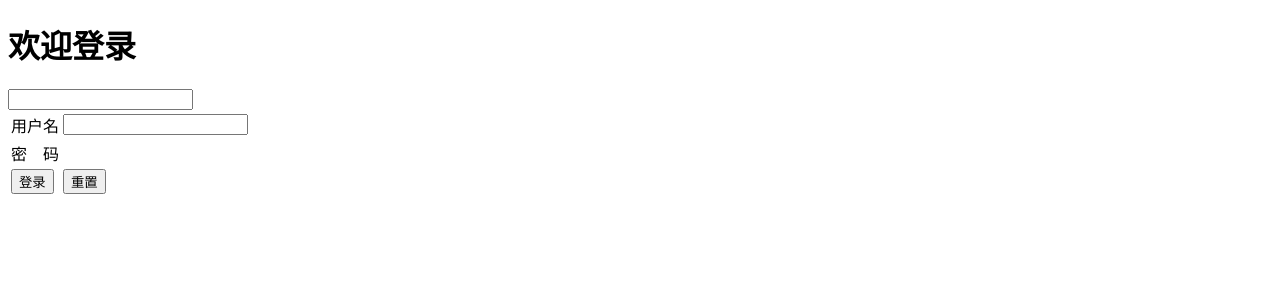
Repository: Elewei/learn-java
Page: http://localhost/shopcart/
The author's editor kept a copy of each file at every save. The page is drawn from the files as they stood at one save, then again after the next save.
The browser window is 1280 px wide. The pictures show the whole page.
The page is served by Tomcat 9.

Above is the page before, as saved 2016-12-02 13:14:50.

After the next save:
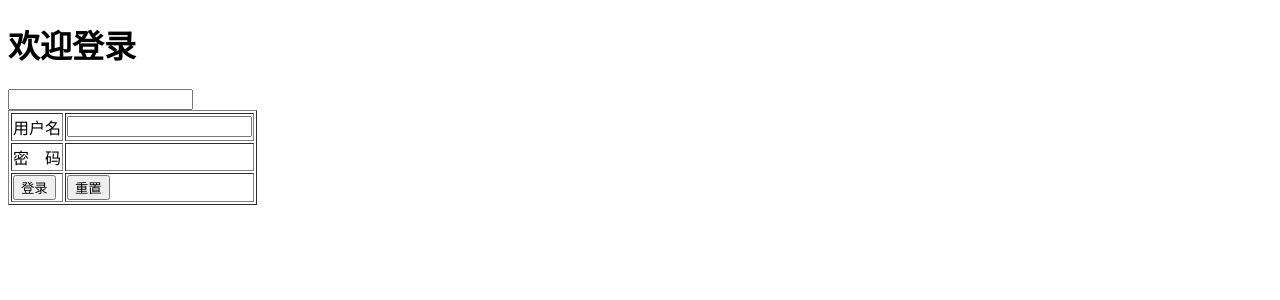
Saved 57 s later.
--- a/shopcart-system/shopcart/WebContent/WEB-INF/login.jsp
+++ b/shopcart-system/shopcart/WebContent/WEB-INF/login.jsp
@@ -9,7 +9,7 @@
 <body>
 	<h1>欢迎登录</h1>
 	<form action="" method="">
-		<table borer="1">
+		<table border="1">
 			<tr><td>用户名</td><td><input type="text" name="username" /></td></tr>
 			<tr><td>密　码</td><input type="text" name="password" /><td></td></tr>
 			<tr><td><input type="submit" value="登录"></td><td><input type="reset" value="重置" /></td></tr>
